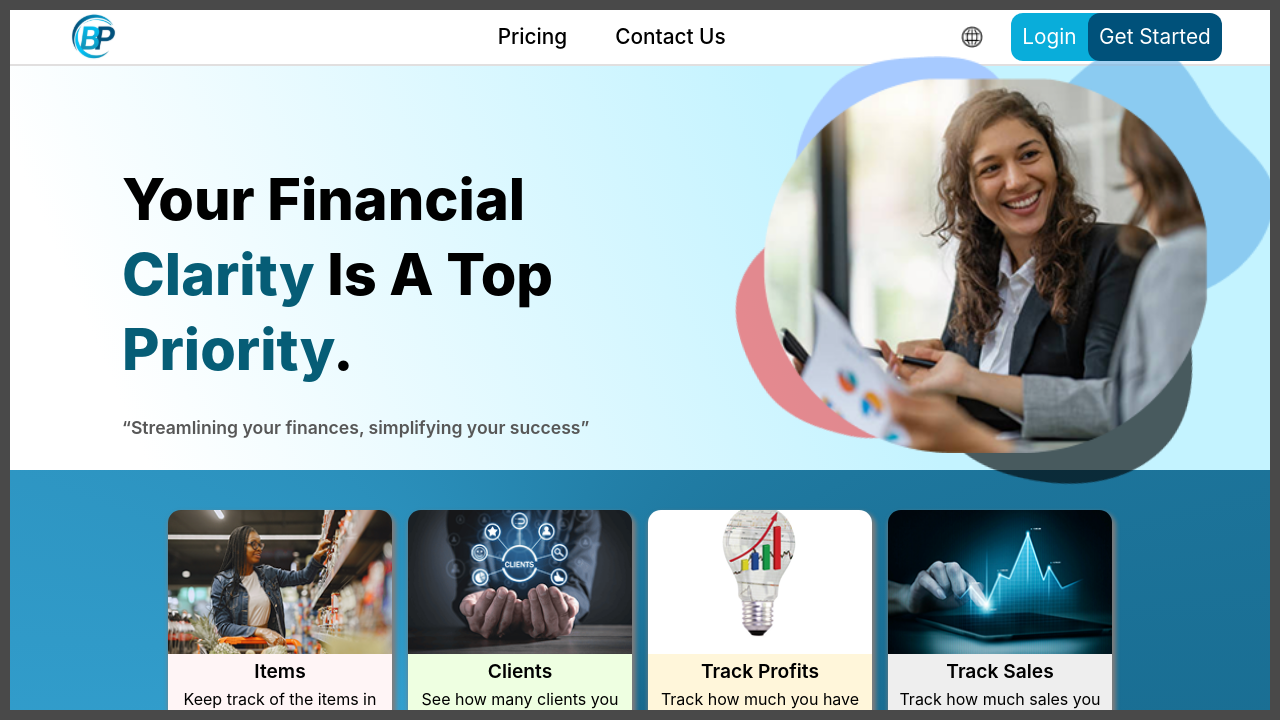
Repository: dark-txch/Bizpadi
Page: /
The author's editor kept a copy of each file at every save. The page is drawn from the files as they stood at one save, then again after the next save.
The browser window is 1280 px wide. The pictures show the whole page.
The project was rebuilt for these pictures with package versions that can differ from the ones it lists, and the page was loaded fresh each time. Also part of the build but not shown: vite.config.js, src/components/ErrorBoundary.jsx, src/components/LandingPage/PricingPage/Pricing.jsx, src/components/LandingPage/LogInPage/LogIn.jsx.

Above is the page before, as saved 2025-04-09 20:10:11.

### index.html
<!DOCTYPE html>
<html lang="en">
	<head>
		<meta charset="UTF-8" />
		<link rel="icon" type="image/svg+xml" href="/public/logo.svg" />
		<meta name="viewport" content="width=device-width, initial-scale=1.0" />
		<title>Bizpadi</title>
	</head>
	<body>
		<div id="root"></div>
		<script type="module" src="/src/main.jsx"></script>
	</body>
</html>

### src/index.css
:root {
	font-family: system-ui, Avenir, Helvetica, Arial, sans-serif;
	line-height: 1.5;
	font-weight: 400;
	font-size: 16px;

	color-scheme: light dark;
	color: black;
	background-color: white;

	font-synthesis: none;
	text-rendering: optimizeLegibility;
	-webkit-font-smoothing: antialiased;
	-moz-osx-font-smoothing: grayscale;
}

* {
	box-sizing: border-box;
	padding: 0;
	margin: 0;
	outline: none;
	border: none;
}

body {
	height: 100vh;
	width: 100vw;

	font-family: "inter", sans-serif;
}

a {
	text-decoration: none;
}

@font-face {
	font-family: "MyCustomFont";
	src: url("/fonts/Inter/Inter-Italic-VariableFont_opsz,wght.ttf")
			format("truetype"),
		url("/fonts/Inter/Inter-VariableFont_opsz,wght.ttf") format("truetype");
	font-weight: normal;
	font-style: normal;
}

### src/App.jsx
import "./components/LandingPage/LandingPage.css";
import { BrowserRouter as Router, Routes, Route } from "react-router-dom";
import ErrorBoundary from "./components/ErrorBoundary";
// Upper imports are very important
import Nav from "./components/LandingPage/Nav";
import PricingPage from "./components/LandingPage/PricingPage/Pricing";
import LogInPage from "./components/LandingPage/LogInPage/LogIn";
import MidSection from "./components/LandingPage/MidSection";
import Footer from "./components/LandingPage/Footer";

function LandingPage() {
	return (
		<>
			<div className="landingPageContainer">
				<Nav />
				<MidSection />
				<Footer />
			</div>
		</>
	);
}

function App() {
	return (
		<Router>
			<Routes>
				<Route path="/" element={<LandingPage />} />
				<Route path="/pricing" element={<PricingPage />} />
				<Route path="/login" element={<LogInPage />} />
			</Routes>
		</Router>
	);
}

export default App;

### src/components/LandingPage/LandingPage.css
/* DESKTOP WORKFLOW ------------------------------------------------- */
/* ------------------------------------------------------------------------------- */
/* THIS IS THE LANDING PAGE CONTAINER */
.landingPageContainer {
	width: 100vw;
	min-height: 100vh;
	overflow: hidden;
	font-family: "Inter", sans-serif;
	display: grid;
	grid-template-rows: 3.5rem 1fr 15rem;

	border: 10px solid rgb(73, 73, 73);
}
/* -------------------------------------------------------------------------------------------- */
/* MEDIA QUERY FOR MOBILE PHONES -------------------------------------- */
@media (max-width: 850px) {
	/* MAIN CONTAINER */
	.landingPageContainer {
		width: 100%;
		height: auto;
		grid-template-rows: 3.5rem 1fr;
	}
}

### src/components/LandingPage/Nav.jsx
import { Link } from "react-router-dom";
import "./Nav.css";

export default function Nav() {
	return (
		<>
			<nav className="homepage-nav">
				{/* LOGO CONTAINER */}
				<div className="logo">
					<img src="/assets/icons/logo.svg" alt="Bizpadi icon" />
				</div>

				{/* PRICING AND CONTACT US CONTAINER */}
				<div className="pricingContact">
					<Link to="/pricing">Pricing</Link>
					<a href="#">Contact Us</a>
				</div>

				{/* LOGIN AND GET STARTED CONTAINER*/}
				<div className="loginGetStarted">
					<img src="/assets/icons/world.png" alt="world" />
					<Link to="/login">Login</Link>
					<a href="#">Get Started</a>
				</div>
			</nav>
		</>
	);
}

### src/components/LandingPage/MidSection.jsx
import "./MidSection.css";

export default function MidSection() {
	return (
		// PARENT CONTAINER
		<div className="midSection">
			{/* SECTION HOUSING THE HEADING AND PARAGRAPH */}
			<section className="sectionMotto">
				<div className="headingParagraph">
					<h1>
						Your financial <span>clarity</span> is a top <span>priority</span>.
					</h1>
					<p>“Streamlining your finances, simplifying your success”</p>
				</div>
			</section>

			{/* This is the images section in the mid section */}
			<section className="sectionImagesParent">
				<div className="ImageChildrenWrapper">
					<img src="/assets/images/smiley.png" alt="smiley" />
					<img src="/assets/images/Vector-black.png" alt="vector-black" />
					<img src="/assets/images/Vector-blue.png" alt="vector-blue" />
					<img src="/assets/images/Vector-orange.png" alt="vector-orange" />
					<img src="/assets/images/Vector.png" alt="vector" />
				</div>
			</section>
		</div>
	);
}

### src/components/LandingPage/Footer.jsx
import "./Footer.css";

export default function Footer() {
	return (
		<div className="footer">
			{/* The section container is the parent to the features */}
			<section className="footerFeaturesParent">
				{/* 2TH CONTAINER */}
				<div className="singleFeatureContainer ">
					<div className="featureImageContainer">
						<img src="/public/assets/images/client-1.png" alt="client-1" />
					</div>
					<div className="items">
						<h1>Items</h1>
						<p>Keep track of the items in your stock, stay ahead.</p>
					</div>
				</div>

				{/* 2TH CONTAINER */}
				<div className="singleFeatureContainer ">
					<div className="featureImageContainer">
						<img src="/public/assets/images/client-2.png" alt="client-2" />
					</div>
					<div className="clients">
						<h1>Clients</h1>
						<p>
							See how many clients you have, build relationship and deliver
							result.
						</p>
					</div>
				</div>

				{/* 3TH CONTAINER */}
				<div className="singleFeatureContainer ">
					<div className="featureImageContainer">
						<img
							src="/public/assets/images/track-profit.png"
							alt="track-profit"
						/>
					</div>
					<div className="trackProfits">
						<h1>Track Profits</h1>
						<p>
							Track how much you have made in profit to know how to increase
							profit.
						</p>
					</div>
				</div>

				{/* 4TH CONTAINER */}
				<div className="singleFeatureContainer">
					<div className="featureImageContainer">
						<img
							src="/public/assets/images/track-sales.png"
							alt="track-sales"
						/>
					</div>
					<div className=" trackSales">
						<h1>Track Sales</h1>
						<p>Track how much sales you have made.</p>
					</div>
				</div>
			</section>
		</div>
	);
}

### src/components/LandingPage/Nav.css
/* ------------------------------------------------------------------------------------ */
/*  THIS IS THE NAV COMPONENT CSS -----------------------------------------*/
.homepage-nav {
	/* height: 3.5rem; */
	display: flex;
	padding: 0 3rem 0;
	font-size: 1.3rem;
	align-items: center;
	justify-content: space-between;
	border-bottom: 2px solid #e1dfdf;
}

/*  NAV CONTAINER CHILDREN */
.homepage-nav .logo {
	/* LOGO CONTAINER */
	display: flex;
	flex: 1;
	align-self: center;
	height: inherit;
}

.homepage-nav .logo img {
	/*  LOGO IMG */
	height: 100%;
	width: auto;
}

.homepage-nav .pricingContact {
	/* PRICING AND CONTACT US CONTAINER */
	display: flex;
	flex: 3;
	justify-content: center;
	gap: 3rem;
	font-weight: 500;
	line-height: 100%;
	letter-spacing: 0%;
}

.homepage-nav .pricingContact a {
	color: black;
	cursor: pointer;
}

.homepage-nav .pricingContact a:hover {
	color: #09adda;
}

.homepage-nav .loginGetStarted {
	/* LOGIN AND GET STARTED CONTAINER*/
	height: 3rem;
	display: flex;
	flex: 1;
	justify-content: end;
	align-items: center;
	gap: 0.7rem;
	color: white;
	border-radius: 12px;
}

.homepage-nav .loginGetStarted img {
	/* LOGIN AND GET STARTED IMAGE */
	height: 1.5rem;
	transform: translate(1rem, 0);
}

.homepage-nav .loginGetStarted a:nth-of-type(1) {
	/* LOGIN BUTTON */
	background-color: #09adda;
	color: inherit;
	height: inherit;
	border-radius: inherit;
	display: flex;
	align-items: center;
	padding: 0 2rem 0 0.7rem;
	transform: translate(2rem, 0);
}

.homepage-nav .loginGetStarted a:nth-of-type(1):hover {
	background-color: #30d2ff;
	color: rgb(0, 0, 0);
}

.homepage-nav .loginGetStarted a:nth-of-type(2) {
	/* THIS IS THE GET STARTED BUTTON*/
	background-color: #00517a;
	display: flex;
	align-items: center;
	white-space: nowrap;
	color: inherit;
	height: inherit;
	border-radius: inherit;
	padding: 0 0.7rem;
	position: relative;
	z-index: 2;
}

.homepage-nav .loginGetStarted a:nth-of-type(2):hover {
	background-color: #012435;
}

/* -------------------------------------------------------------------------------------------- */
/* MEDIA QUERY */
/* -------------------------------------------------------------------------------------------- */
@media (max-width: 850px) {
	.homepage-nav {
		padding: 0 1.5rem 0 0;
	}

	.homepage-nav .pricingContact {
		gap: 1.8rem;
	}
}
/* -------------------------------------------------------------------------------------------- */
/* THE END */
/* -------------------------------------------------------------------------------------------- */

### src/components/LandingPage/MidSection.css
/* -------------------------------------------------------------------------------------------------- */
/* MIDSECTION -------------------------------------------------------------------------------*/
/* HOUSES THE HEADER AND PARAGRAPH */
.midSection {
	display: flex;
	/* flex-grow: 1; */
	width: 100%;
	background: linear-gradient(246.72deg, #c4f3ff 34.96%, #ffffff 90.24%);
}

/* CONTAINER FOR THE HEADING AND PARAGRAPH */
.sectionMotto {
	width: 55%;
	height: 100%;
	min-width: 50%;
	padding: 6rem 2rem 2rem 7rem;
}

.headingParagraph {
	width: 100%;
	height: 100%;
}

.headingParagraph > h1 {
	font-size: clamp(0.8rem, 5vw, 3.6rem);
	font-weight: 800;
	line-height: 130%;
	text-transform: capitalize;
	margin-bottom: 2rem;
}

.headingParagraph > h1 span {
	color: #065d76;
}

.headingParagraph > p {
	font-weight: 600;
	font-size: clamp(0.8rem, 5vw, 1.1rem);
	line-height: 100%;
	letter-spacing: 0%;
	color: #575757;
}

/*PARENT CONTAINER FOR THE MIDSECTION IMAGES*/
.sectionImagesParent {
	height: 100%;
	width: 45%;

	display: flex;
	justify-content: center;
	align-items: center;
}

/* THIS CONTAINER HOUSES ALL THE IMAGES */
.ImageChildrenWrapper {
	width: 28rem;
	height: auto;
	/* width: 100%; */
	position: relative;
	place-self: center;
}

.ImageChildrenWrapper > img:nth-of-type(1) {
	/* SMILEY IMAGE */
	position: relative;
	border-radius: 9.4rem;
	width: 100%;
	height: auto;
	z-index: 999;
}

.ImageChildrenWrapper > img:nth-of-type(2) {
	/* BLACK VECTOR */
	position: absolute;
	width: 16rem;
	height: 16rem;
	top: 3.5rem;
	right: 2rem;
	transform: translate(1rem, 6rem) rotate(10deg);
}

.ImageChildrenWrapper > img:nth-of-type(3) {
	/* EGG LIGHT BLUE VECTOR */
	position: absolute;
	width: 14rem;
	height: 13rem;
	top: -3.3rem;
	right: 9rem;
	transform: translate(-3rem, 2rem);
}

.ImageChildrenWrapper > img:nth-of-type(4) {
	/*ORANGE VECTOR*/
	position: absolute;
	width: 12rem;
	height: 14rem;
	top: 1rem;
	right: 8.3rem;
	transform: translate(-9rem, 8rem) rotate(-15deg);
}

.ImageChildrenWrapper > img:nth-of-type(5) {
	/* BLUE VECTOR TOP RIGHT*/
	position: absolute;
	width: 16rem;
	height: 16rem;
	top: -5rem;
	right: 0;
	transform: translate(4em, 3rem) rotate(2deg);
}

/* -------------------------------------------------------------------------------------------- */
/* MEDIA QUERY */
/* -------------------------------------------------------------------------------------------- */
@media (max-width: 850px) {
	/* HOUSES THE HEADER AND PARAGRAPH */
	.midSection {
		width: 100vw;
		flex-direction: column;
		padding: 0 2rem 0;

		border: 4px solid rgb(25, 0, 255);
	}

	/* CONTAINER FOR THE HEADING AND PARAGRAPH */
	.sectionMotto {
		width: 100%;
		min-height: 30rem;
		display: flex;
		justify-content: center;
		align-items: center;
		text-align: center;
		padding: 8rem 0;
		margin-bottom: 3rem;

		border: 2px solid rgb(33, 34, 33);
	}

	.headingParagraph > h1 {
		font-size: 4rem;
	}

	.headingParagraph > p {
		font-size: 1.3rem;
	}

	/*PARENT CONTAINER FOR THE MIDSECTION IMAGES*/
	.sectionImagesParent {
		width: 100%;
		display: flex;
		justify-content: center;
		margin-bottom: 5rem;

		border: 10px solid rgb(216, 8, 8);
	}

	.ImageChildrenWrapper {
		border: 2px solid yellow;

		width: 40rem;
	}
}
/* -------------------------------------------------------------------------------------------- */
/* THE END */
/* -------------------------------------------------------------------------------------------- */

### src/components/LandingPage/Footer.css
/* -------------------------------------------------------------------------------------------- */
/* FOOTER */
/* -------------------------------------------------------------------------------------------- */
.footer {
	width: 100%;
	height: 100%;
	display: flex;
	justify-content: center;
	padding: 2rem;
	background: conic-gradient(
		from 164.13deg at 41.58% 79.97%,
		#115e80 0deg,
		#3db3e6 3.6deg,
		#115e80 360deg
	);
}

/* FEATURE PARENT CONTAINER*/
.footerFeaturesParent {
	width: 100%;
	height: 20rem;
	display: flex;
	justify-content: center;
	align-items: center;
	gap: 1rem;
	flex-wrap: nowrap;
	z-index: 999;
}

/* CONTAINER FOR THE FEATURES */
.singleFeatureContainer {
	width: 14rem;
	height: 19rem;
	display: flex;
	flex-direction: column;
	border-radius: 0.8rem;
	text-align: center;
	letter-spacing: 0%;
	box-shadow: 2px 4px 4px 2px #7d7d7d;
	overflow: hidden;
}

/* CONTAINER FOR THE IMAGES */
.featureImageContainer {
	height: 9rem;
	flex: 0 0 auto;
}
.featureImageContainer img {
	width: 100%;
	height: 100%;
}

.items,
.clients,
.trackProfits,
.trackSales {
	flex: 1 1 auto;
}

.singleFeatureContainer h1 {
	font-weight: 600;
	font-size: clamp(0.8rem, 5vw, 1.2rem);
	line-height: 100%;
	margin-top: 0.5rem;
}

.singleFeatureContainer p {
	font-weight: 400;
	font-size: clamp(0.8rem, 5vw, 1rem);
	line-height: 130%;
	padding: 0 10px 0;
	margin-top: 0.5rem;
}

/* SEPERATE COLOURS FOR EACH CONTAINER */
.items {
	background-color: #fff5f6;
}
.clients {
	background-color: #eeffe1;
}
.trackProfits {
	background-color: #fff6da;
}
.trackSales {
	background-color: #eeeeee;
}
/* -------------------------------------------------------------------------------------------- */
/* MEDIA QUERY */
/* -------------------------------------------------------------------------------------------- */
@media (max-width: 850px) {
	.footer {
		height: auto;
		padding: 5rem 0;
	}

	/* FEATURE PARENT CONTAINER*/
	.footerFeaturesParent {
		height: auto;
		flex-direction: column;
		gap: 5rem;
	}

	/* CONTAINER FOR THE FEATURES */
	.singleFeatureContainer {
		width: 27rem;
		height: 30rem;
		border-radius: 4rem;
	}

	.featureImageContainer {
		height: 18rem;
	}

	.items,
	.clients,
	.trackProfits,
	.trackSales {
		flex: 1 1 auto;
		padding: 0 2rem;
	}

	.singleFeatureContainer h1 {
		font-size: clamp(0.8rem, 5vw, 2rem);
		padding: 1.5rem 0 1rem;
	}

	.singleFeatureContainer p {
		font-size: clamp(0.8rem, 5vw, 1.1rem);
	}
	/* -------------------------------------------------------------------------------------------- */
	/* THE END */
	/* -------------------------------------------------------------------------------------------- */
}

Loaded but not shown: src/main.jsx (common file)

After the next save:
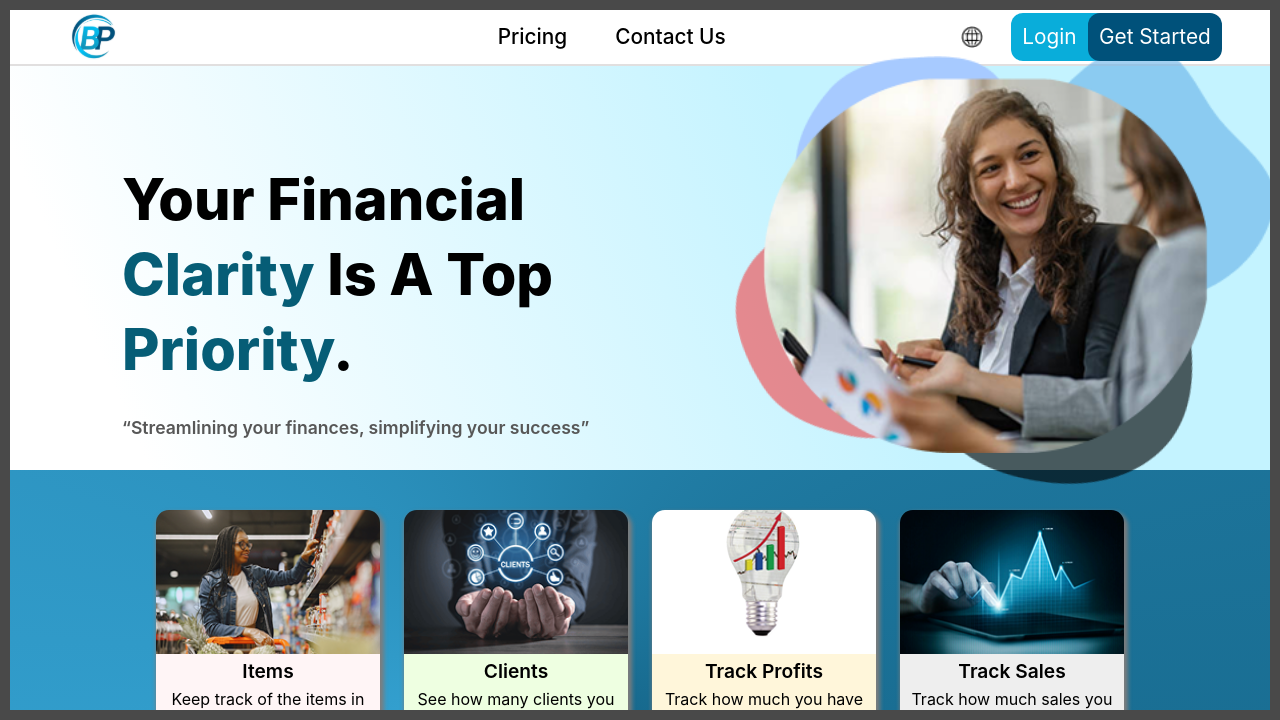
Saved 85 s later.
--- a/src/components/LandingPage/Footer.css
+++ b/src/components/LandingPage/Footer.css
@@ -22,7 +22,7 @@
 	display: flex;
 	justify-content: center;
 	align-items: center;
-	gap: 1rem;
+	gap: 1.5rem;
 	flex-wrap: nowrap;
 	z-index: 999;
 }
